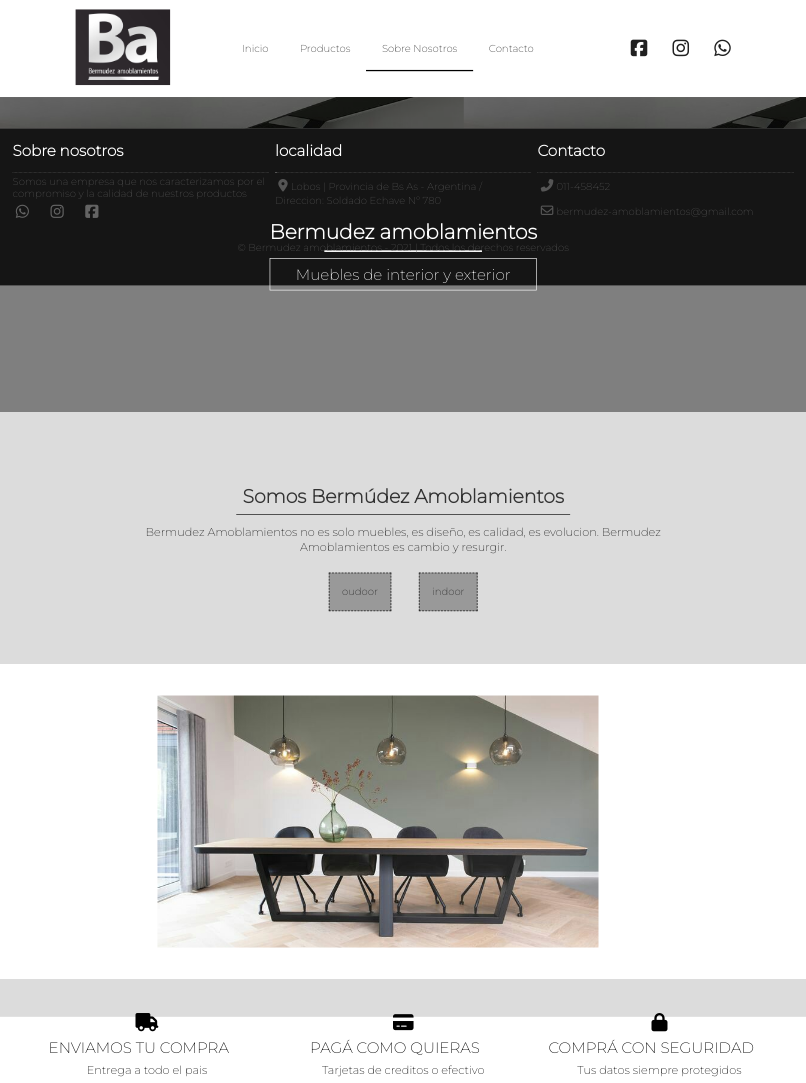
Repository: DamianBermudez94/Bermudez-amoblamientos
Page: index.html
An editor plug-in stored every save of this project. The page is shown before and after the next save, followed by the edit.
The browser window is 1280 px wide. The pictures show the whole page, at 63% of full size.
Some web libraries are served in a nearby version.

Above is the page before, as saved 2022-09-22 19:22:57.

### index.html
<!DOCTYPE html>
<html lang="es">
<head>
    <meta charset="UTF-8">
    <meta http-equiv="X-UA-Compatible" content="IE=edge">
    <meta name="viewport" content="width=device-width, initial-scale=1.0">

    <title>Bermudez-Amoblamientos</title>
    <link rel="shortcut icon" href="Imagenes/favicon (1).jpg" type="image/x-icon">
    <!--Estilos-->
    <link rel="preconnect" href="https://fonts.googleapis.com">
    <link rel="preconnect" href="https://fonts.gstatic.com" crossorigin>
    <link href="https://fonts.googleapis.com/css2?family=Montserrat:wght@200&display=swap" rel="stylesheet">
    <script src="https://kit.fontawesome.com/bdbed0aafa.js" crossorigin="anonymous"></script>
    <link rel="preconnect" href="https://fonts.gstatic.com">
    <link href="https://fonts.googleapis.com/css2?family=Roboto:ital,wght@0,300;0,400;1,100;1,300;1,700&display=swap" rel="stylesheet">
    <!--Componente del header-->
    <script defer src="./header/header.js"></script>
    <link rel="stylesheet" href="./header/header.css">

    <!--Componente del footer-->
    <script defer src="./footer/footer.js"></script>
    <link rel="stylesheet" href="./footer/footer.css">

    <script defer src="slider.js"></script>
    <!--Estilos del index-->
    <link rel="stylesheet" href="index.css">
    <script defer src="index.js"></script>

</head>
<body>
    <!--Ir arriba-->
    <div class="go-top">
        <span><i class="fas fa-chevron-up"></i> <a href="https://www.whatsapp.com"><i class="fab fa-whatsapp"></i></a></span>
    </div>
    <header class="header">

    </header>
    <main class="main" >
        <section class="welcome">
            <div class="welcome__container">
                <h1 class="welcome__title">Bermudez amoblamientos</h1>
                <hr class="linea-title">
                <p class="welcome__sub-title">Muebles de interior y exterior</p>

            </div>
        </section>


        <section class="sobre-nosotros">
            <div class="container-tip">
                <h2 class="title-somos-nosotros">Somos Bermúdez Amoblamientos</h2>

                <p class="title-parrafo">Bermudez Amoblamientos no es solo muebles, es diseño, es calidad, es evolucion. Bermudez Amoblamientos es cambio y resurgir.</p>
                <div class="enlaces">
                    <a class="btn-enlaces" href="oudoor.html">oudoor</a>
                    <a class="btn-enlaces" href="indoor.html">indoor</a>
                </div>
            </div>
        </section>
        <!--Seccion Productos-->

            <section class="section-slider">
                <div class="flexslider">
                    <div class="slider" id="slider">
                        <div class="slider-section">
                            <img class="slider-img" src="./indoor/img-indoor/imagenes-indoor/IMG-20210325-WA0018.jpg" alt="">
                            <!--<section class="flex-slider">
                              <h2 class="slider-title">Productos al 50%</h2>
                              <p class="slider-txt">Ofertas</p>
                              <a href="" class="slider__link">Comprar</a>
                            </section>-->
                        </div>
                        <div class="slider-section">
                            <img class="slider-img" src="./indoor/img-indoor/imagenes-indoor/IMG-20210325-WA0019.jpg" alt="">
                            <!--<section class="flex-slider">
                              <h2 class="slider-title">Productos al 50%</h2>
                              <p class="slider-txt">Ofertas</p>
                              <a href="" class="slider__link">Comprar</a>
                            </section>-->

                        </div>
                        <div class="slider-section" >
                            <img class="slider-img" src="./indoor/img-indoor/imagenes-indoor/IMG-20210325-WA0028.jpg" alt="">
                            <!--<section class="flex-slider">
                              <h2 class="slider-title">Productos al 50%</h2>
                              <p class="slider-txt">Ofertas</p>
                              <a href="" class="slider__link">Comprar</a>
                            </section>-->

                        </div>
                    </div>
                    <!--<span class="btn-slider slider_btn-right" id="btn-right"><i class="fas fa-chevron-right"></i></i></span>
                    <span class="btn-slider slider_btn-left" id="btn-left"><i class="fas fa-chevron-left"></i></span>-->
                </div>
            </section>
                <!--<div class="container-editor">
                    <div class="editor__item">
                        <img src="Imagenes/IMG-20210325-WA0014.jpg" alt="" class="editor-img">
                        <p class="editor-circle">Muebles de interior</p>
                    </div>
                    <div class="editor__item">
                        <img  src="Imagenes/IMG-20210325-WA0026.jpg" alt="" class="editor-img">
                        <p class="editor-circle">Muebles de exterior</p>
                    </div>
                </div>-->
            <!--Seccion tips de compras -->
            <section class="container-tips">
                <div class="tip">
                    <i class="tip-icon fas fa-truck"></i>
                    <h2 class="tip-title">ENVIAMOS TU COMPRA</h2>
                    <p class="parrafo-tips">Entrega a todo el pais</p>

                   <!-- <a href="" class="btn-tip">Comprar</a>
                  <a href="" class="btn-tip">comprar</a>
                  <a href=""class="btn-tip">Comprar</a>-->
                </div>
                <div class="tip">
                    <i class="fas fa-credit-card"></i>
                    <h2 class="tip-title">PAGÁ COMO QUIERAS</h2>
                    <p class="parrafo-tips">Tarjetas de creditos o efectivo</p>

                </div>
                <div class="tip">
                    <i class="fas fa-lock"></i>
                    <h2 class="tip-title">COMPRÁ CON SEGURIDAD</h2>
                  <p class="parrafo-tips">Tus datos siempre protegidos</p>
                </div>

            </section>

    </main>
    <!--Footer-->

    <footer class="footer">

    </footer>
</body>
</html>

### header/header.css
/** Estilos del header **/

.header {
 background-color: #fff;

}

.main-header .container {
  position: fixed;
  top: 0;
  left: 0;
  width: 100%;
  height: 30%;
  display: flex;
  align-items: center;
  justify-content: space-between;
  background: #fff;
  z-index: 9999999999;
  padding: 50px;
}

.main-header__container {
  width: 100%;
  display: flex;
  justify-content:space-between;
  padding: 50px;
}
.redes-sociales {
  color: #212121;
  font-size: 50px;
  margin: 5px;
}

.redes-sociales:hover {
  color: #154f66;
}

.main-header__container-redes {
  display: none;

}

.title-img {
  object-fit: cover;
  width: 100%;
  height: 100px;

}
.img_title {
  position: relative;
  top: 0;
  left: 10px;
}

/** Estilos del Menu **/
.main-nav {
  opacity: 0;
  visibility: hidden;
  transition: all 0.5s;
  z-index: 9999999;
}
.mostrar {
  opacity: 1;
  visibility: visible;
}

.menu {
  position: absolute;
  top: 120px;
  left: 0;
  background: #212121;
  width: 100%;
  list-style: none;
  margin: 0;
  padding: 0;
}
.menu__items {
  margin: auto;
}

.menu-link {
  padding: 25px;
  border-bottom: 1px solid #646464;
  color: #fff;
  text-decoration: none;
  display: block;
}
.menu-link:hover {
  background: #000;
  color: #fff;
}

.sub-menu {
  display: none;
}

.sub-link {
  padding-left: 45px;
  border-bottom: 1px solid #646464;
  text-decoration: none;
  color: #fff;
  display: block;
  font-weight: 300;
  font-size: 16px;
}
.sub-link:hover {
  background: #000;
  color: #fff;
  width: 100%;
}
.sub-items .sub-link {
  list-style: none;
  margin: 0 10px;
  padding: 25px 0;
  padding-left: 48px;
}

.main-header__btn {
  border: 1px solid #000;
  display: block;
  padding: 10px 30px;
  color: #000;
  margin: 10px 0;
  text-decoration: none;
}
.btn-menu{
  position: relative;
  top: 35px;
  left: 95px;
  cursor: pointer;
  transition: all 0.5s ease-in-out ;
}
.menu-btn_burger{
  width: 30px;
  height: 3px;
  position: relative;
  top: 20px;
  left: 20px;
  border-radius: 5px;
  background-color: #000;
  transition: all 0.5s ease-in-out;
}
.menu-btn_burger::before,
.menu-btn_burger::after{
 content: "";
 position: absolute;
 top:0;
 left: 0;
 width: 30px;
 height: 3px;
 background-color: #000;
 border-radius: 5px;
 transition: all 0.5s ease-in-out;
}
.menu-btn_burger::before{
  transform: translateY(-16px);
}
.menu-btn_burger::after{
  transform: translateY(16px);
}
.btn-menu.open .menu-btn_burger {
  transform: translateX(-50px);
  background-color: transparent;
}
.btn-menu.open .menu-btn_burger::before {
  transform: rotate(45deg) translate(35px, -35px);
}
.btn-menu.open .menu-btn_burger::after {
  transform: rotate(-45deg) translate(35px, 35px);
}
@media (min-width: 760px) {


  .main-header__container{
    padding: 50px;

  }
  .main-header__container-redes{
    display: flex;
    justify-content: space-between;
    align-items: center;

  }
  .redes-sociales {
    color: #212121;
    font-size: 25px;
    margin: 10px;
    position: relative;
    top: 0;
    left: 0;
    display: block;
  }
  .menu {
    top: 180px;
  }
  .title-somos-nosotros {
    font-size: 28px;
    text-align: center;
    padding: 10px;
  }
}


@media (min-width: 960px) {

  .main-header__container {
    width: 100%;
    height: 100%;
    display: flex;
    align-items: center;
    justify-content: space-evenly;
    padding: 0 120px 0;


  }

  .main-nav {
    visibility: visible;
    opacity: 1;
    width: 100%;
    right: 25px;
    margin: 0;
  }
  .main-header-link {
    color: #333;
    border-bottom: none;
  }
  .main-header__container .main-nav .menu li a.active {
    border-bottom: 2px solid #000;
  }

  .menu {
    position: static;
    width: 100%;
    display: flex;
    align-items: center;
    justify-content: center;
    background: none;
  }

  .menu__items {
    padding: 0;
    margin: 0;
    display: flex;
  }
  .menu-link {
    color: #212121;
    border-bottom: none;
  }
  .menu-link:hover {
    color: #f7f7f7;
  }

  .main-nav .menu .sub-menu {
    display: none;
    transition: all 0.5s;
  }
  .main-nav .menu .menu__items {
    display: flex;
    justify-content: space-between;
    align-items: center;
  }

  .menu .menu__items:hover .sub-menu {
    display: block;
    position: absolute;
    top: 120px;
    left: 485px;
    width: 300px;
  }

  .sub-link {
    position: relative;
    top: 15px;
    left: 15px;
    width: 300px;
    text-decoration: none;
    color: #151515;
    background: #f7f7f7;
    font-size: 16px;
    transition: all 0.5s;
  }
  .sub-link:hover {
    max-width: 300px;
    color: #fff;
    background: #151515;
  }
  .sub-items {
    list-style: none;
  }

  .title-img {
    object-fit: cover;
    font-size: 24px;
    width: 150px;
    height: 150px;
    padding: 15px 0 15px 0;
    margin: 0;
  }
  .img_title {
    position: initial;
  }

  .main-header__container-redes {

  }
  .redes-sociales {
    position: relative;
    top: 0;
    left: 20px;
    margin: 15px;
    padding: 5px;
    font-size: 30px;
    display: block;
  }
  .btn-menu {
    display: none;
  }
}

### footer/footer.css
/** Estilos Del footer **/

.footer {

  padding: 20px;
  background: #151515;
  color: #fff;
}
.redes-footer {
  padding: 15px;
  position: relative;
  top: 0;
  left: -10px;
  font-size: 1.5em;
  color: #646464;
  margin: 0;
  transition: all 0.5s;
}
.redes-footer:hover {
  color: #fff;
}
.footer-txt {
  color: #555;
  padding: 5px 0;
}
.footer-link {
  color: #555;
  text-decoration: none;
  display: block;
  padding: 10px 0;
}

.title-footer {
  border-bottom: 1px dotted #555;
  padding-bottom: 20px;
}
.redes {
  font-size: 20px;
  margin: 5px;
}
.container-copy{
  text-align: center;
  padding: 10px;
}
.copy {
  color: #555;
  margin: 10px 0;
  padding: 10px;
}
@media screen and (min-width:720px) {
  .container-footer {

    display: grid;
    grid-template-columns: repeat(3, 1fr);
    gap: 10px;

  }

}

### index.css
* {
  padding: 0;
  margin: 0;
  box-sizing: border-box;
  font-family: 'Montserrat', sans-serif;
}

/** Go top **/
.go-top {
  position: fixed;
  bottom: 0px;
  right: -100%;
  width: 50px;
  height: 50px;

  background: #fff;
  z-index: 9999;
  display: flex;
  justify-content: center;
  align-items: center;
  cursor: pointer;
  transition: 500ms;
}
.go-top:hover {
  border: 2px solid #fff;
  border-radius: 50%;
  background: rgb(71, 71, 71);
}
.go-top:hover span {
  color: #fff;
}
.go-top > span {
  font-size: 25px;
  color: #000;
}
main{
  width: 100%;
  height: 50px;
  background: url("./indoor/img-indoor/imagenes-indoor/IMG-20210325-WA0038.jpg");

}

/** Diseño del Welcome**/

.welcome {
  width: 100%;
  height: 500px;
  background-color: rgba(0, 0, 0, 0.5);
  display: flex;
  align-items: center;
  justify-content: center;
  flex-direction: column;
}

.welcome__title {
  font-size: 32px;
  color: #fff;
  font-weight: 700;
  text-align: center;
  margin: 10px;
}

.welcome hr {
  width: 250px;
  margin: auto;
  height: 3px;
  background: #fff;
}
.welcome__sub-title {
  font-size: 24px;
  margin: 10px;
  color: #fff;
  border: 1px solid #fff;
  padding: 10px;

  text-align: center;
}

/** Fin del style**/

/********* Seccion sobre nosotros ****/
.sobre-nosotros{
  width: 100%;
  height: 400px;
}
.container-tip {
  display: flex;
  justify-content: center;
  align-items: center;
  flex-direction: column;
  height: 100%;
  margin: 0;
  padding:10px;
  background-color: #dcdcdc;
}
.title-somos-nosotros {

  font-size: 24px;
  font-weight: bold;
  text-align: center;
  color: #333;
  border-bottom: 1px solid #000;
}

.title-parrafo {
 width: 70%;
  text-align: center;
  font-weight: 400;
  font-size: 18px;
  margin-top: 15px;
  line-height: 24px;
  color: #151515;
}
.enlaces {
  margin-top: 50px;
}
.btn-enlaces {
  width: 100%;
  padding: 20px;
  margin:20px;
  text-decoration: none;
  border: 1px dashed #000;
  transition: all 0.5s;
  cursor: pointer;
  color: #212121;
  background: #999999;
}
.btn-enlaces:hover {
  background: #212121;
  color: #fff;
}


/*****Diseño del slider****/

.flexslider {
  width: 100%;
  height: 500px;
  position: relative;
  overflow: hidden;

}
.slider {
  display: flex;
  width: 300%;
  height: 300px;
  margin-left: -100%;
  position: relative;
}


.slider-section {
  position: relative;
  top: 50px;
  width: 100%;
  display: flex;
  justify-content: center;
  align-items: center;

}

.slider-img {
  position: absolute;
  top: 0;
  width: 300px;
  height: 400px;
  object-fit: cover;

}



/** Seccion tips informaticos **/

.container-tips {
  height: 500px;
  padding: 30px;
  text-align: center;
  background-color: #dcdcdc;
}
.tip-title {
  font-size: 16px;
  font-weight: 300;
}

.tip i {
  font-size: 24px;
  padding: 20px 0;
}
.parrafo-tips {
  font-size: 14px;
  text-align: center;
  font-weight: 300;
  margin-top: 8px;
}

/** Estilo responsive para tablet **/

@media screen and (min-width: 768px) {

  .slider-img {
    width: 600px;
    height: 400px;
    object-fit: cover;

  }
  .container-tips {
    display: grid;
    grid-template-columns: repeat(3, 1fr);
  }
  .tip-icon {
    font-size: 29px;
  }
  .tip-title {
    font-size: 24px;
    font-weight: 700;
  }
  .parrafo-tips {
    font-size: 18px;
  }
  .title-somos-nosotros{
    font-size: 30px;
  }
}

@media (min-width: 1024px) {
  /**header **/
  .header-img {
    display: flex;
    justify-content: center;
    align-items: center;
    margin: 0 auto;
  }
  .header-img .welcome h1 {
    font-size: 50px;
    color: #fff;
    font-weight: 700;

    margin-bottom: 35px;
  }
  .header-img .welcome .linea-title {
    width: 400px;
    height: 5px;
    background: #fff;
    border: none;
    margin-top: -15px;
    text-align: center;
  }
  .header-img .welcome p {
    width: 500px;
    font-size: 30px;
    font-weight: 200;
    color: #fff;
    border: 3px solid #fff;
    padding: 10px;
    margin-top: 30px;
  }

  /** Fin del header **/


  /**** Seccion slider ****/

  .slider-img {
    width: 600px;
    height: 400px;


  }



  /***** Seccion Tips **/
  .container-tips {
    width: 100%;
    height: 100%;
    position: relative;
  }

  .tip-title {
    padding-right: 26px;
    font-weight: 400;
  }
  .tip {
    padding: auto;
    margin: 15px auto;
  }
  .tip i {
    font-size: 29px;
    text-align: center;
    padding: 10px 10px;
  }
  .parrafo-tips {
    font-size: 18px;
    margin: 10px auto;
  }
}
@media screen and (min-width: 1280px) {
  .main-header {
    position: relative;
    width: 100%;
  }
  .main-header .container {
    position: absolute;
    top: 0;
    left: 0;
    width: 100%;
    height: 30%;
    background: #fff;
    display: flex;
    justify-content: space-between;
    align-items: center;
    z-index: 9999999999;
  }
  .container {
    width: 1000px;
    margin: auto;
  }
  .main-header__container:nth-child(3) {
    padding-left: 50px;
  }


  .slider-img {
    width: 700px;
    height: 400px;

  }
}
@media screen and (min-width: 1600px) {
  .main-header {
    position: relative;
    width: 100%;
  }
  .main-header .container {
    position: fixed;
    top: 0;
    left: 0;
    width: 100%;
    height: 30%;
    background: #fff;
    display: flex;
    justify-content: space-between;
    align-items: center;
    z-index: 9999;
  }
  .container {
    width: 1400px;
    margin: auto;
  }
  .main-header__container:nth-child(3) {
    padding-left: 100px;
  }
}

### header/header.js
function headertComponet(el) {
  const headerEl = document.createElement("div");
  headerEl.innerHTML = `
  <!--Menu principal-->
  <div class="main-header__container">
      <a href="#" class="img_title"><img class="title-img" src="imagenes/IMG-20210315-WA0010.jpg" alt="bermudez-amoblamientos"></a>

      <div class="btn-menu">
        <div class="menu-btn_burger"></div>
      </div>
      <nav class="main-nav" id="main-nav">
          <ul class="menu">
              <li class="menu__items"><a href="Index.html" class="menu-link active">Inicio</a></li>
              <li class="menu__items container-menu__items"><a href="#" id="productos" class="menu-link">Productos</a>
                  <ul class="sub-menu" id="sub_menu">
                      <li class="sub-items"><a class="sub-link" href="indoor.html">Indoor</a></li>
                      <li class="sub-items"><a class="sub-link" href="oudoor.html">Oudoor</a></li>
                  </ul>
              </li>
              <li class="menu__items"><a href="index.html" class="menu-link">Sobre Nosotros</a></li>
              <li class="menu__items"><a href="contacto.html" class="menu-link">Contacto</a></li>
          </ul>
      </nav>
      <div  class="main-header__container-redes">
        <a href="" class="redes-sociales"><i class="fab fa-facebook-square"></i></a>
        <a href="" class="redes-sociales"><i class="fab fa-instagram"></i></a>
        <a href="" class="redes-sociales"><i class="fab fa-whatsapp"></i></a>
      </div>

  </div>


           `;

  el.appendChild(headerEl);
}

// Animacion del menu

function menu() {
  let btnMenu = document.querySelector(".btn-menu");

  let mainNav = document.getElementById("main-nav");

  let containerMenu = document.querySelector(".container");
  let btnOpen = false;

  btnMenu.addEventListener("click", () => {
    mainNav.classList.toggle("mostrar");
    console.log(btnOpen);
    if (!btnOpen) {
      btnMenu.classList.add("open");
      btnOpen = true;
    } else {
      btnMenu.classList.remove("open");
      btnOpen = false;
    }
  });

  // Obtener todos los enlaces
  let links = document.querySelectorAll(".menu .menu__items .menu-link");
  console.log(links);
  // Función para mostrar sección activa y se ejecutará:
  //    1. Al cargar la página
  //    2. Cuando haya cambios de hash en la página actual
  function linkActive() {
    // Recorrer enlaces, no se necesita Array.from(), el objeto es iterable
    links.forEach((link) => {
      console.log(link);
      if (link.href == window.location.href) {
        // Marcar como activo si coincide con la URL de la ventana
        link.classList.add("active");
        // Cargar contenido o mostrar contenedor
      } else {
        // De lo contrario, desmarcar
        link.classList.remove("active");

        // Otras acciones, como ocultar contenedor
      }
    });
  }
  // Marcar enlace activo al cargar la página
  document.addEventListener("DOMContentLoaded", linkActive);

  // Marcar enlace activo cuando haya cambio de hash
  window.addEventListener("hashchange", linkActive);
}

### footer/footer.js
function footerComponet(el) {
  const footerEl = document.createElement("div");
  footerEl.innerHTML = `  <div class="container-footer">
    <div class="footer-section">
        <h2 class="title-footer">Sobre nosotros</h2>
        <p class="footer-txt">Somos una empresa que nos caracterizamos por el compromiso y la calidad de nuestros productos</p>
        <a href="" class="redes-footer"><i class="fab fa-whatsapp"></i></a>
        <a href="" class="redes-footer"><i class="fab fa-instagram"></i></a>
        <a href="" class="redes-footer"><i class="fab fa-facebook-square"></i></a>
    </div>

    <div class="footer-section">
      <h2 class="title-footer">localidad</h2>
      <p class="footer-txt"><i class="fas fa-map-marker-alt redes"></i>Lobos | Provincia de Bs As - Argentina / Direccion: Soldado Echave Nº 780</p>

    </div>
    <div class="footer-section">
      <h2 class="title-footer">Contacto</h2>
      <p class="footer-txt"><i class="fas fa-phone-alt redes"></i>011-458452</p>
      <p class="footer-txt"><i class="far fa-envelope redes"></i>bermudez-amoblamientos@gmail.com</p>
    </div>



  </div>
  <div class="container-copy">
    <p class="copy">&copy; Bermudez amoblamientos - 2021 | Todos los derechos reservados </p>
  </div>
  `;

  el.appendChild(footerEl);
  console.log("sadasdasd", footerEl);
}

### slider.js
// Animacion slider

const slider = document.querySelector("#slider");
let sliderSection = document.querySelectorAll(".slider-section");
let sliderSectionLast = sliderSection[sliderSection.length - 1];

slider.insertAdjacentElement("afterbegin", sliderSectionLast);

function nextRight() {
  let sliderSectionFirts = document.querySelectorAll(".slider-section")[0];

  slider.style.marginLeft = "-200%";
  slider.style.transition = "0.8s ease-in-out";

  setTimeout(function () {
    slider.style.transition = "none";
    slider.insertAdjacentElement("beforeend", sliderSectionFirts);
    slider.style.marginLeft = "-100%";
  }, 1200);
}
function Prev() {
  let sliderSection = document.querySelectorAll(".slider-section");
  let sliderSectionLast = sliderSection[sliderSection.length - 1];
  slider.style.marginLeft = "0";

  setTimeout(function () {
    slider.style.transition = "none";
    slider.insertAdjacentElement("afterbegin", sliderSectionLast);
    slider.style.marginLeft = "-100%";
  }, 1200);
}

/*btnLeft.addEventListener("click", function () {
  Prev();
});
const btnRight = document.querySelector("#btn-right");
const btnLeft = document.querySelector("#btn-left");

btnRight.addEventListener("click", function () {
  nextRight();
});*/

setInterval(function () {
  nextRight();
}, 5000);

### index.js
function main() {
  headertComponet(document.querySelector(".header"));
  footerComponet(document.querySelector(".footer"));

  menu();
}
main();

After the next save:
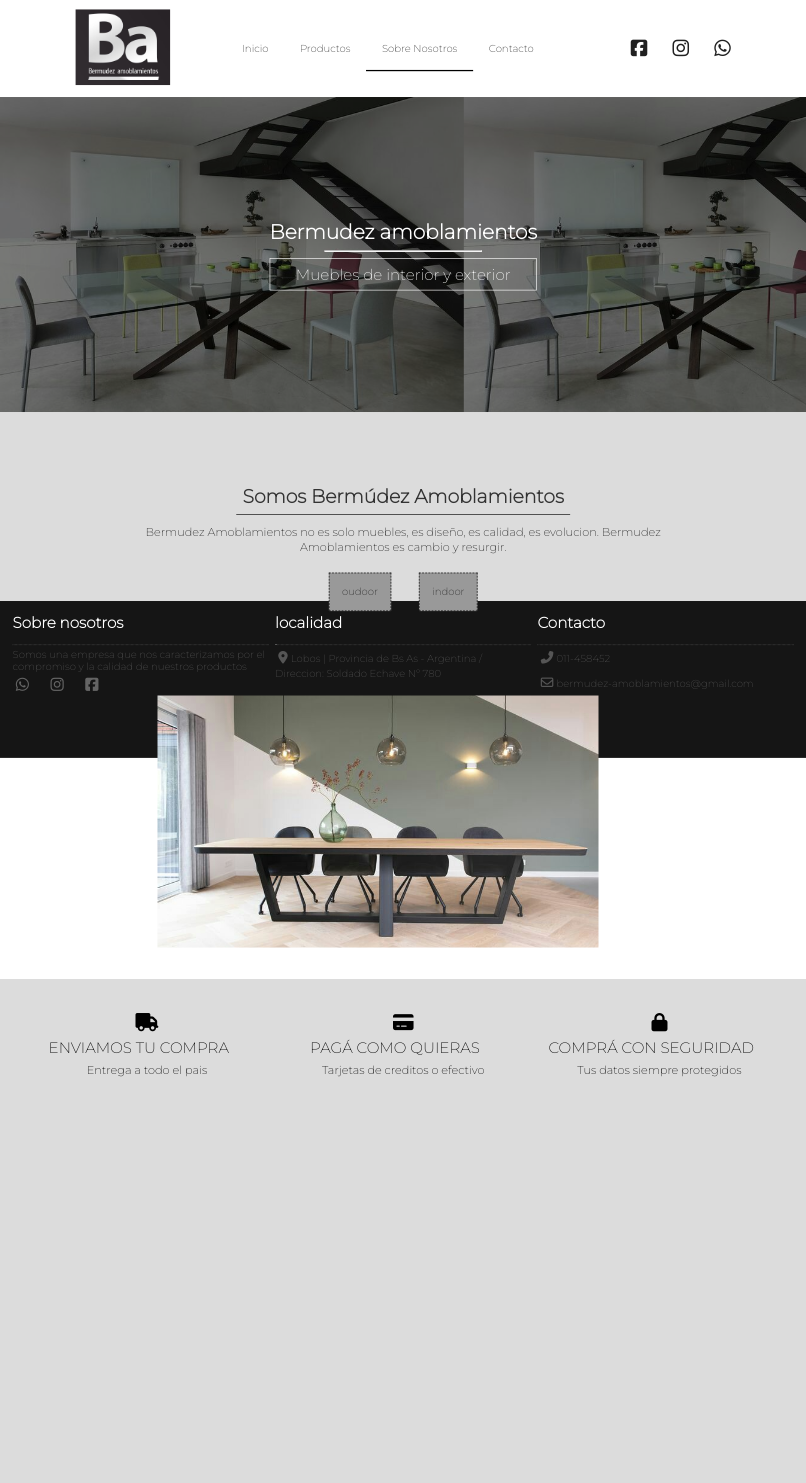
Saved 4 s later.
--- a/index.css
+++ b/index.css
@@ -35,7 +35,7 @@
 }
 main{
   width: 100%;
-  height: 50px;
+  height: 800px;
   background: url("./indoor/img-indoor/imagenes-indoor/IMG-20210325-WA0038.jpg");
 
 }
